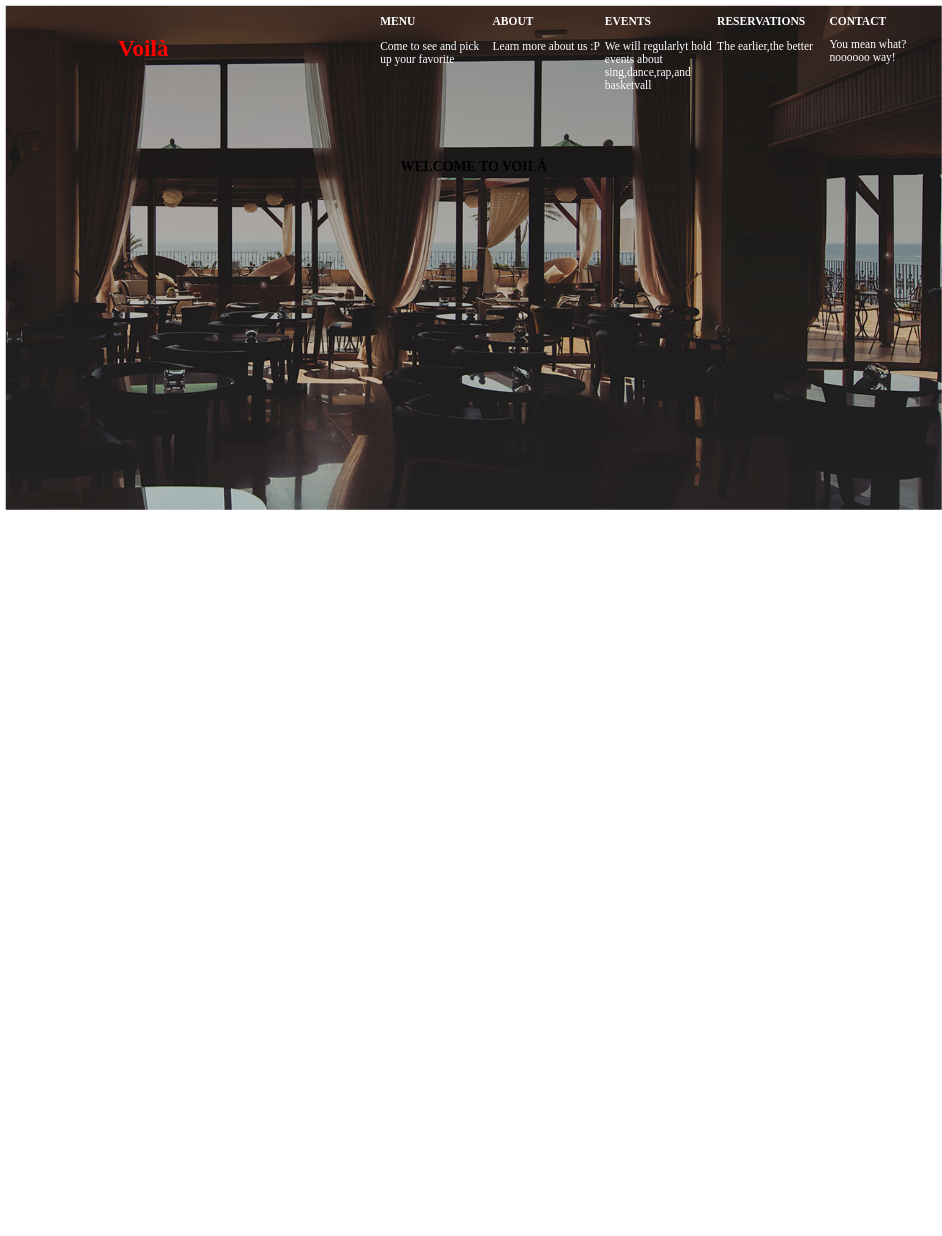
Repository: sis-shen/HTML_vsc
Page: adc_v2/index.html
These files come from the project's save history. The page is drawn as it stood at one moment and after the next save; the edit follows.
The browser window is 1280 px wide. The page is 1308 px wide, so the pictures cover 1308 px, including what lies to the right of the window. The pictures show the whole page, at 72% of full size.

Above is the page before, as saved 2023-08-14 08:27:24.

After the next save:
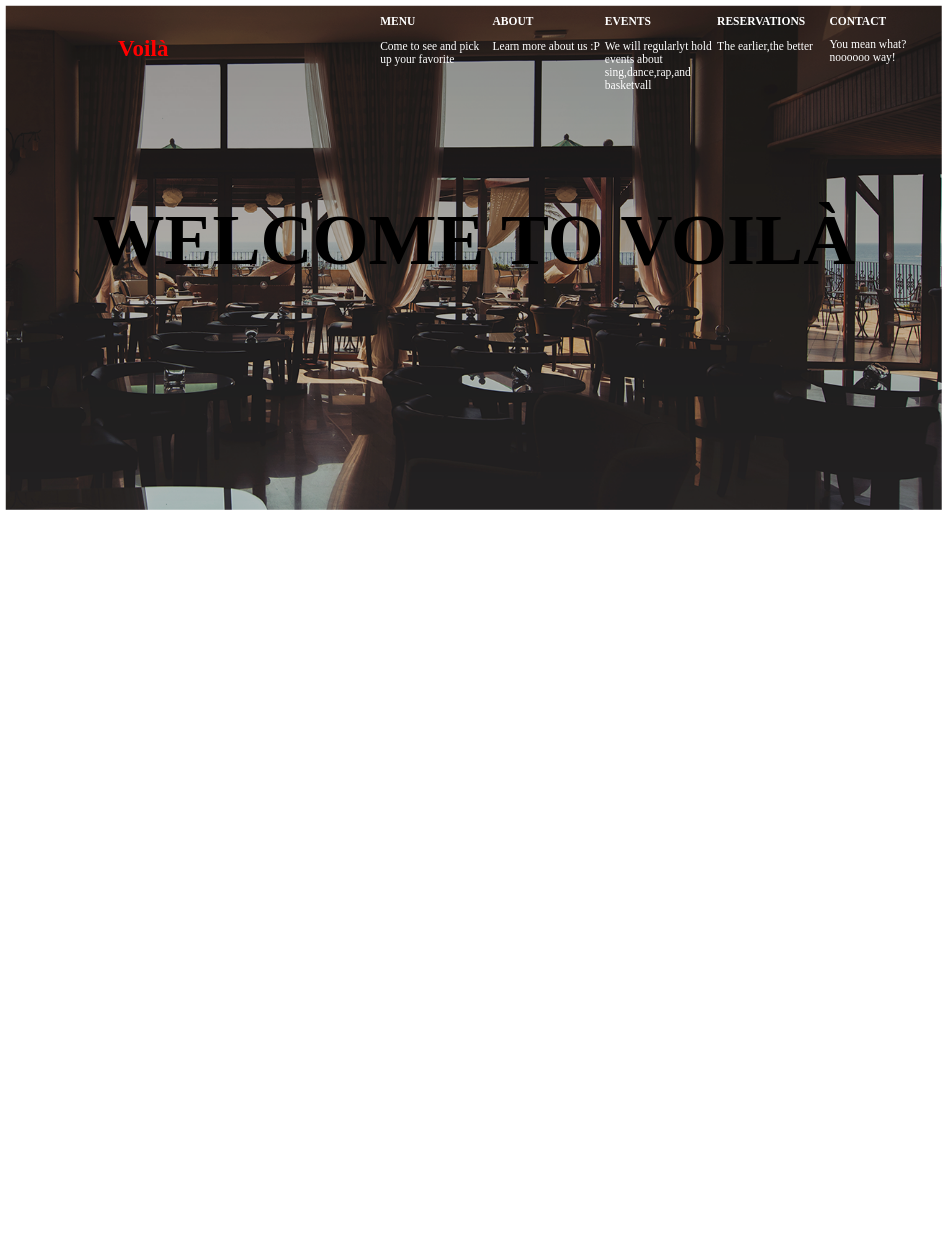
Saved 11 s later.
--- a/adc_v2/style.css
+++ b/adc_v2/style.css
@@ -54,5 +54,5 @@ body {
 #wel{
     text-align: center;
 
-    font-size: larger;
+    font-size: 100px;
 }
